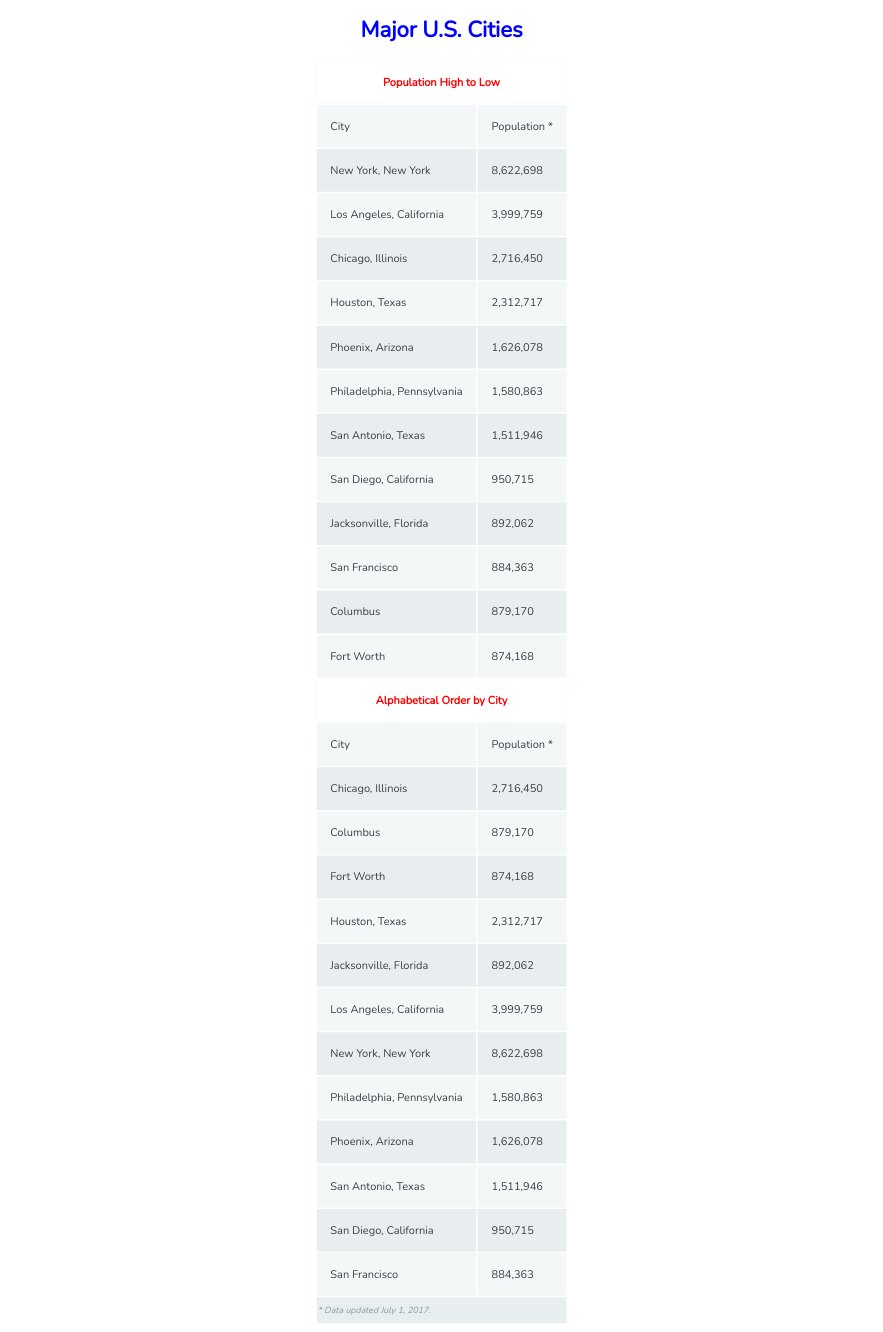
Repository: oduong1/COSW30
Page: http://localhost/homework/hw4/population_array.php
The author's editor kept a record of every edit. The page is drawn from the files as they stood at one moment, then again after the next edit.
The browser window is 1280 px wide. The pictures show the whole page, at 69% of full size.
Some web fonts or font styles are not loaded; a fallback is used. The page is run by PHP 8.4 with error messages shown; the project is at /var/www/html/.

Above is the page before.
Not found: homework/hw4/normalize.css

### homework/hw4/population_array.php
<!DOCTYPE html>
<html>
  <head>
    <meta charset="utf-8">
    <meta name="viewport" content="width=device-width, initial-scale=1.0">
    <title>City Population</title>
    <link rel="stylesheet" href="normalize.css">
    <link href='http://fonts.googleapis.com/css?family=Nunito:400,300' rel='stylesheet' type='text/css'>
    <link href="https://fonts.googleapis.com/css?family=Gayathri&display=swap" rel="stylesheet">
    <link rel="stylesheet" href="table.css">
  </head>
  <body >
    <container id="center_a"><h1>Major U.S. Cities</h1></container>

      <table>

    <?php

        $population = [
            "New York, New York" => "8,622,698",
            "Los Angeles, California" => "3,999,759",
            "Chicago, Illinois" => "2,716,450",
            "Houston, Texas" => "2,312,717",
            "Phoenix, Arizona" => "1,626,078",
            "Philadelphia, Pennsylvania" => "1,580,863",
            "San Antonio, Texas" => "1,511,946",
            "San Diego, California" => "950,715",
            "Jacksonville, Florida" => "892,062",
            "San Francisco" => "884,363",
            "Columbus" => "879,170",
            "Fort Worth" => "874,168"
        ];

//display original list
echo'        <th colspan="2">Population High to Low</th>';
echo '<tr><td>City</td><td>Population *</td></tr>';

        foreach ($population as $city => $pop) {
            echo "
                <tr>
                  <td>$city</td>
                  <td>$pop</td>
                </tr>\n";
            }

//display list by city
ksort($population);

echo'        <th colspan="2">Alphabetical Order by City</th>';
echo '<tr><td>City</td><td>Population *</td></tr>';

        foreach ($population as $city => $pop) {
            echo "
                <tr>
                  <td>$city</td>
                  <td>$pop</td>
                </tr>\n";
            }
?>
        </tbody>
                <tfoot>
          <tr>
            <td colspan="3">* Data updated July 1, 2017.</td>
          </tr>
        </tfoot>
      </table>

  </body>
</html>

### homework/hw4/table.css
*, *:before, *:after {
  -moz-box-sizing: border-box;
  -webkit-box-sizing: border-box;
  box-sizing: border-box;
}

body {
  font-family: 'Nunito', sans-serif;
  color: #384047;
  text-align: center;
}

table {
  max-width: 960px;
  margin: 10px auto;
}

#center_a {
  display: block;
  max-width: 960px;
  margin: 10px auto;
  color: blue;

}

caption {
  font-size: 1.6em;
  font-weight: 400;
  padding: 10px 0;
}

thead th {
  font-weight: 400;
  background: #8a97a0;
  color: #FFF;
}


tr {
  background: #f4f7f8;
  border-bottom: 1px solid #FFF;
  margin-bottom: 5px;
}



tr:nth-child(odd) {
  background: #e8eeef;
}

th {
  text-align: center;
  padding: 20px;
  color: red;
  background: #fff;
}

td {
  text-align: left;
  padding: 20px;
  font-weight: 300;
}

tfoot tr {
  background: none;
}

tfoot td {
  padding: 10px 2px;
  font-size: 0.8em;
  font-style: italic;
  color: #8a97a0;
}

After the next edit:
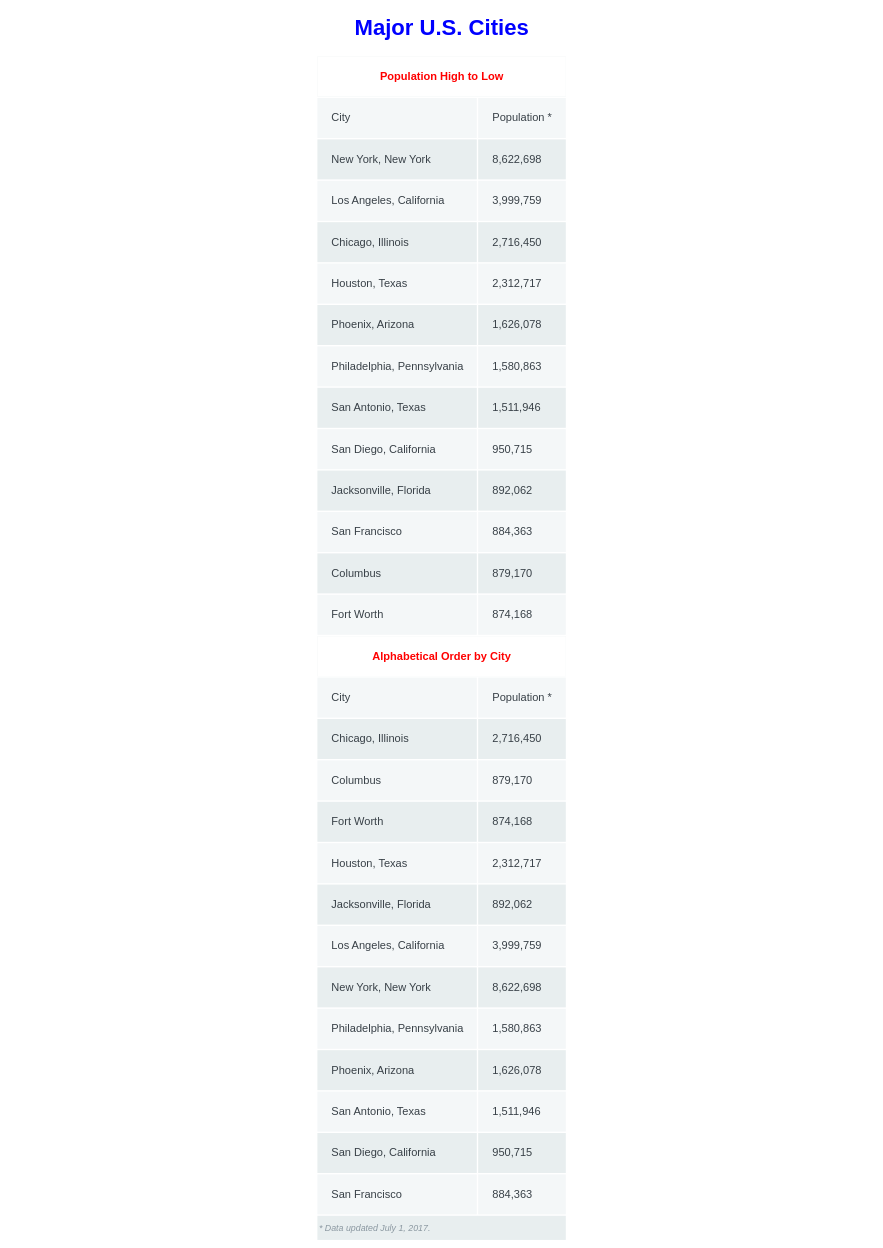
The edit:
--- a/homework/hw4/table.css
+++ b/homework/hw4/table.css
@@ -5,7 +5,7 @@
 }
 
 body {
-  font-family: 'Nunito', sans-serif;
+  font-family: 'Gayathri', sans-serif;
   color: #384047;
   text-align: center;
 }
